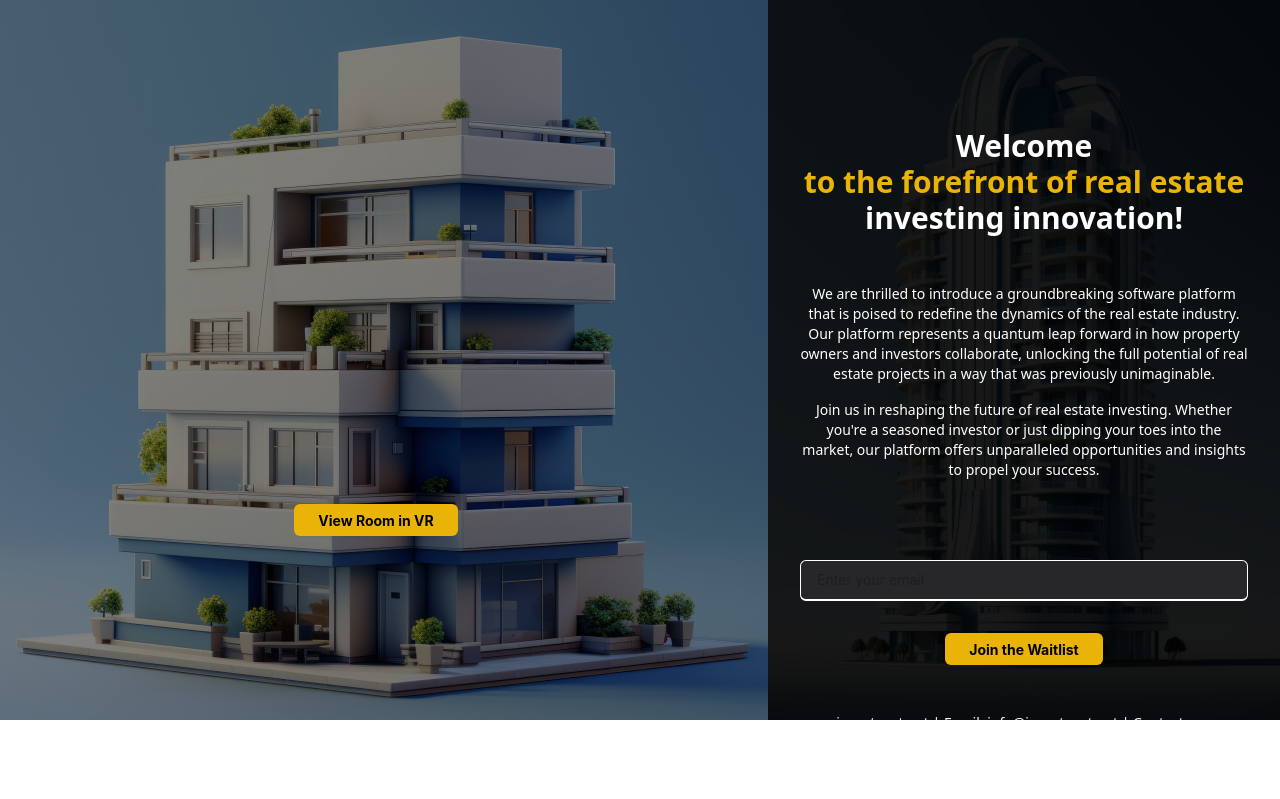
Repository: brytemenz/investnest-landing
Page: /
These files come from the project's save history. The page is drawn as it stood at one moment and after the next save; the edit follows.
The browser window is 1280 px wide. The pictures show the whole page.
The project was rebuilt for these pictures with package versions that can differ from the ones it lists, and the page was loaded fresh each time. Also part of the build but not shown: vite.config.js, src/components/ThreeDImage.jsx.

Above is the page before, as saved 2024-05-29 17:02:47.

After the next save:
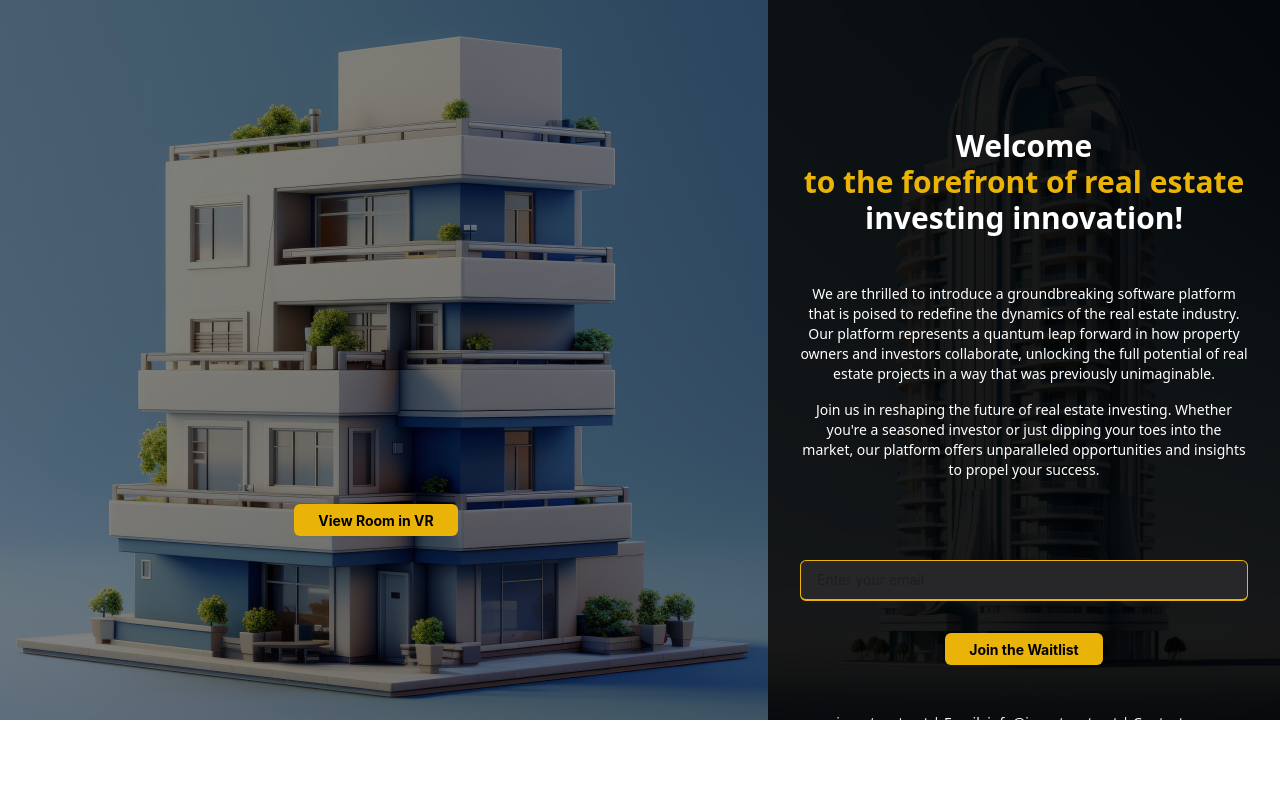
Saved 79 s later.
--- a/src/pages/landingPage.jsx
+++ b/src/pages/landingPage.jsx
@@ -95,7 +95,7 @@ const LandingPage = () => {
                   <div className="mt-20 flex justify-center">
                     <Input
                       placeholder="Enter your email"
-                      className="border-b-2 border-white bg-zinc-800 text-black placeholder-white::placeholder px-4 py-2 focus:outline-none focus:border-yellow-500"
+                      className="border-b-2 border-white bg-zinc-800 text-white placeholder-white::placeholder px-4 py-2 focus:outline-none focus:text-black border-yellow-500"
                       value={email}
                       onChange={handleEmailChange}
 
